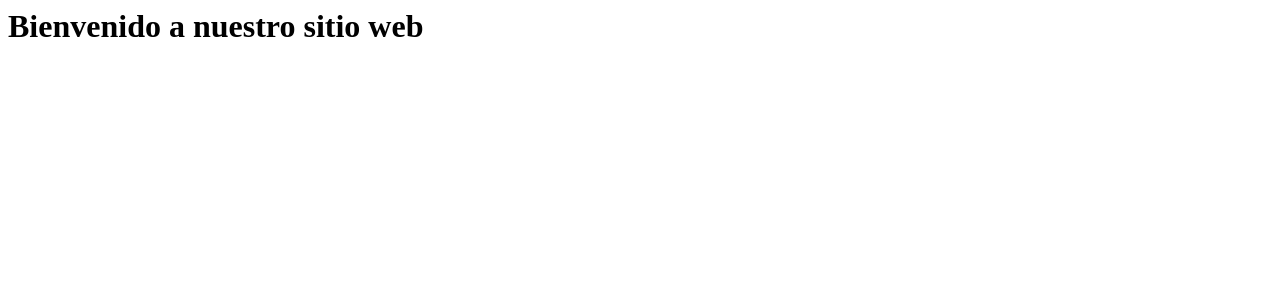
Repository: BolivarCaro/ecenviosweb
Page: sprindbootecenvios/src/main/resources/static/index.html
These files come from the project's save history. The page is drawn as it stood at one moment and after the next save; the edit follows.
The browser window is 1280 px wide. The pictures show the whole page.

Above is the page before, as saved 2024-07-07 16:31:53.

### sprindbootecenvios/src/main/resources/static/index.html
<h1>Bienvenido a nuestro sitio web</h1>

After the next save:
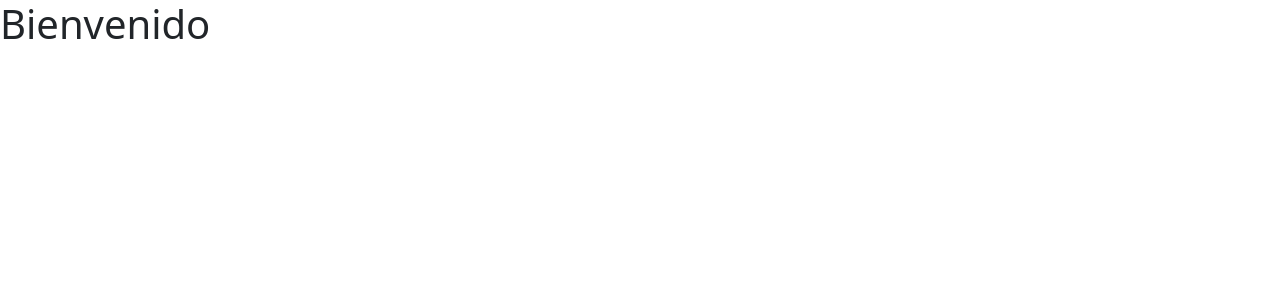
Saved 3 min 48 s later.
--- a/sprindbootecenvios/src/main/resources/static/index.html
+++ b/sprindbootecenvios/src/main/resources/static/index.html
@@ -1 +1,13 @@
-<h1>Bienvenido a nuestro sitio web</h1>
+<!doctype html>
+<html lang="en">
+  <head>
+    <meta charset="utf-8">
+    <meta name="viewport" content="width=device-width, initial-scale=1">
+    <title>Ec-envios</title>
+    <link href="https://cdn.jsdelivr.net/npm/bootstrap@5.3.3/dist/css/bootstrap.min.css" rel="stylesheet" integrity="sha384-QWTKZyjpPEjISv5WaRU9OFeRpok6YctnYmDr5pNlyT2bRjXh0JMhjY6hW+ALEwIH" crossorigin="anonymous">
+  </head>
+  <body>
+    <h1>Bienvenido</h1>
+    <script src="https://cdn.jsdelivr.net/npm/bootstrap@5.3.3/dist/js/bootstrap.bundle.min.js" integrity="sha384-YvpcrYf0tY3lHB60NNkmXc5s9fDVZLESaAA55NDzOxhy9GkcIdslK1eN7N6jIeHz" crossorigin="anonymous"></script>
+  </body>
+</html>
